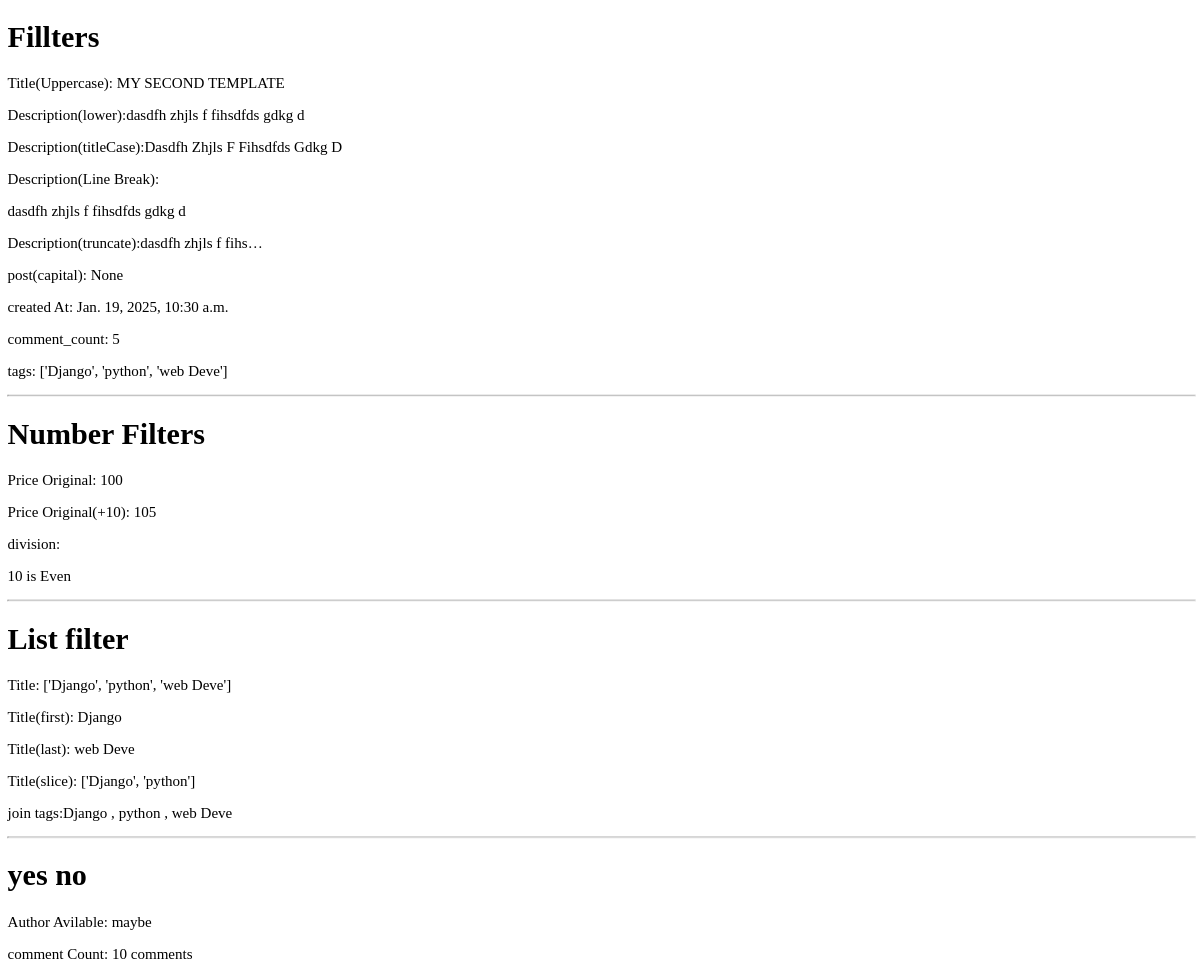
Repository: samratpoudel444/MVT-python
Page: http://localhost/home/
An editor plug-in stored every save of this project. The page is shown before and after a run of saves, followed by the edit.
The browser window is 1280 px wide. The pictures show the whole page, at 94% of full size.
The page is served by the project's application, run on Django 5.2 (templatesFilters/manage.py).

Above is the page before, as saved 2025-12-23 14:26:42.

After the next 3 saves:
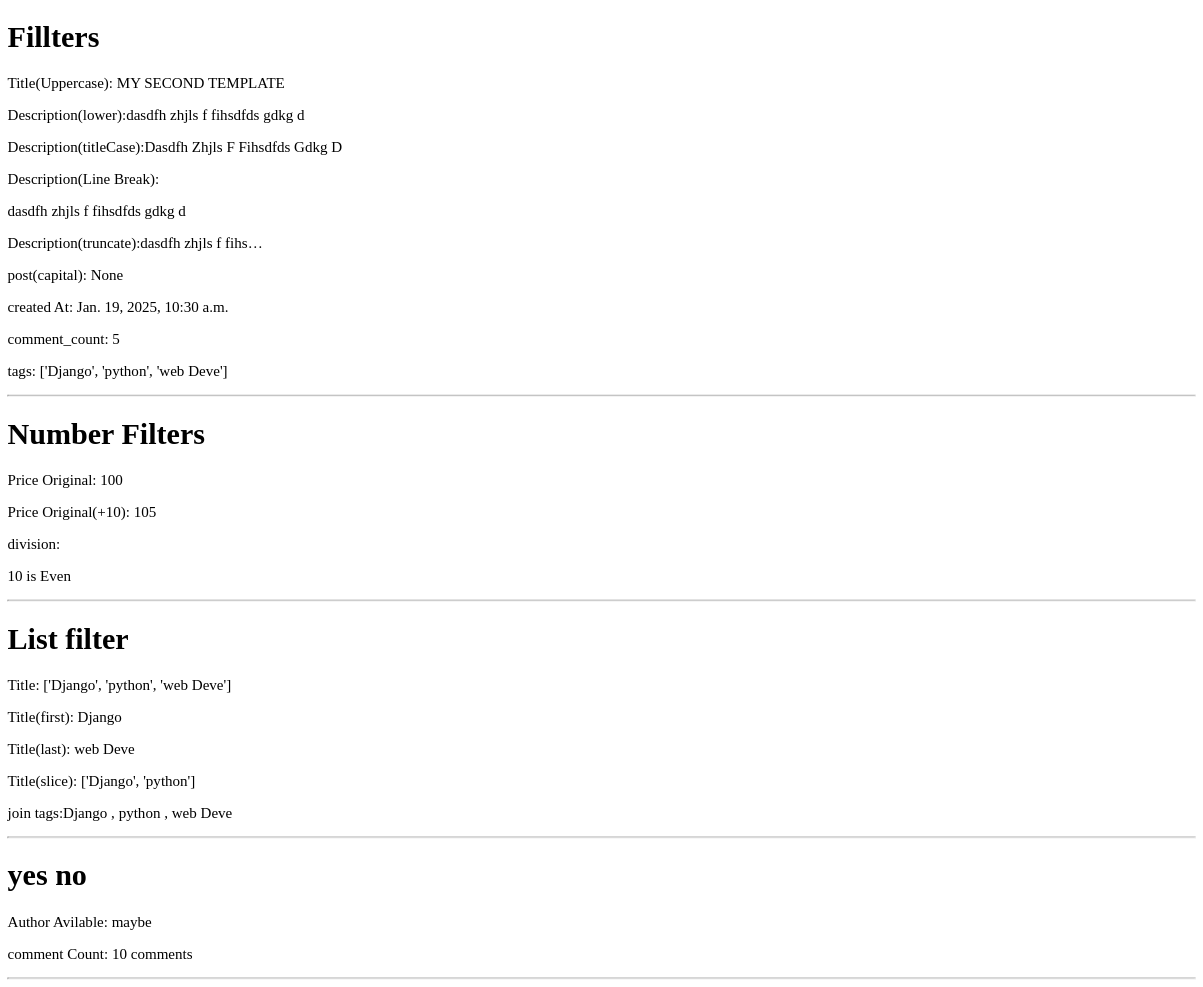
The 3 saves are shown as one change because they came seconds apart.
The last was saved 56 s later.
--- a/templatesFilters/blog/templates/blog/home.html
+++ b/templatesFilters/blog/templates/blog/home.html
@@ -44,5 +44,7 @@
   <p>
     comment Count: {{post.count}} comment{{post.count|pluralize}}
     </p>
+
+    <hr></hr>
 </body>
 </html>
